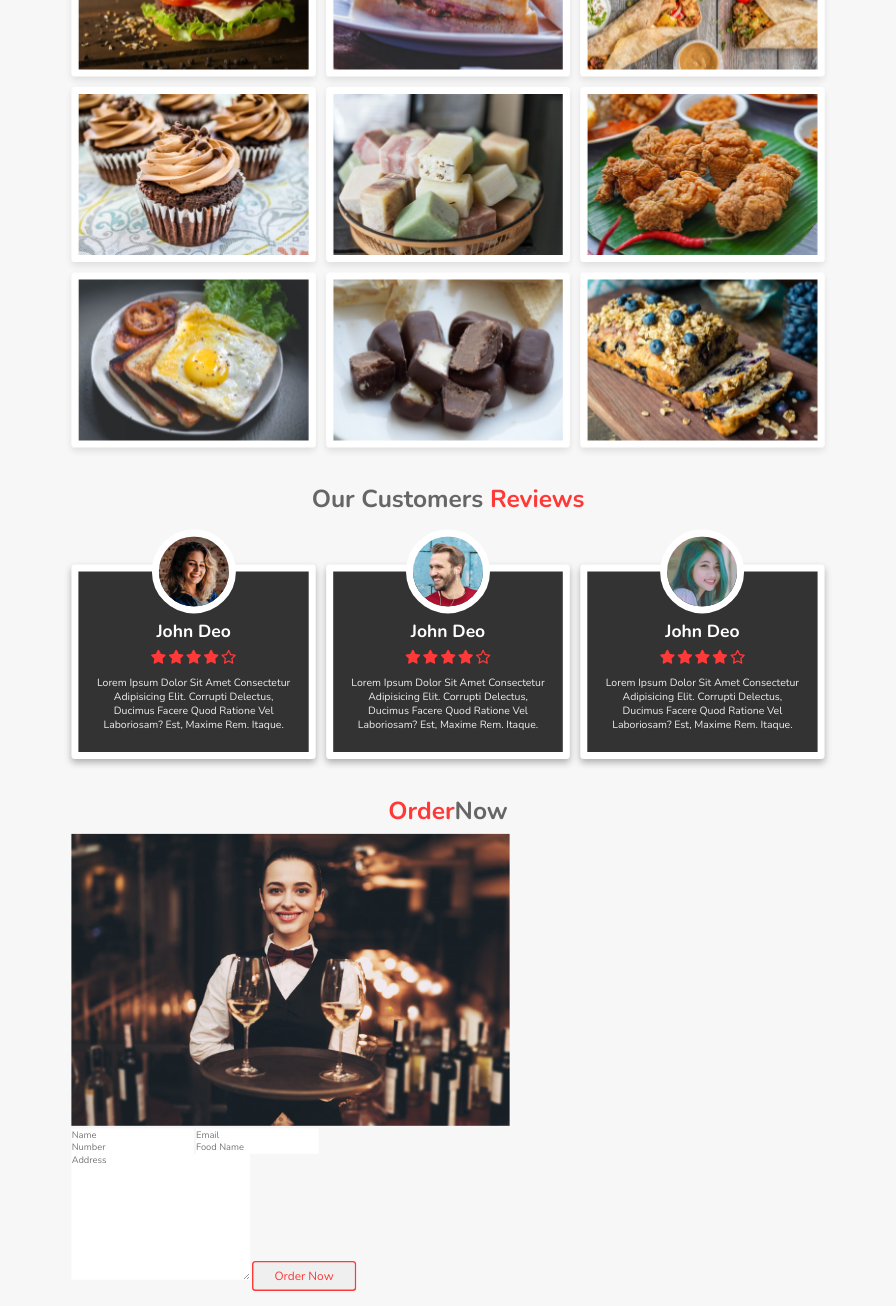
Repository: wenxi0504/ResturantApp-static-
Page: index.html
These files come from the project's save history. The page is drawn as it stood at one moment and after the next save; the edit follows.
The browser window is 1280 px wide. The pictures show the part of the page from y = 3005 to 4925 px (the page is 4870 px tall before and 4925 px after), at 70% of full size.

Above is the page before, as saved 2022-01-10 16:38:27.
Console error: TypeError: Cannot read properties of null (reading 'classList')

After the next save:
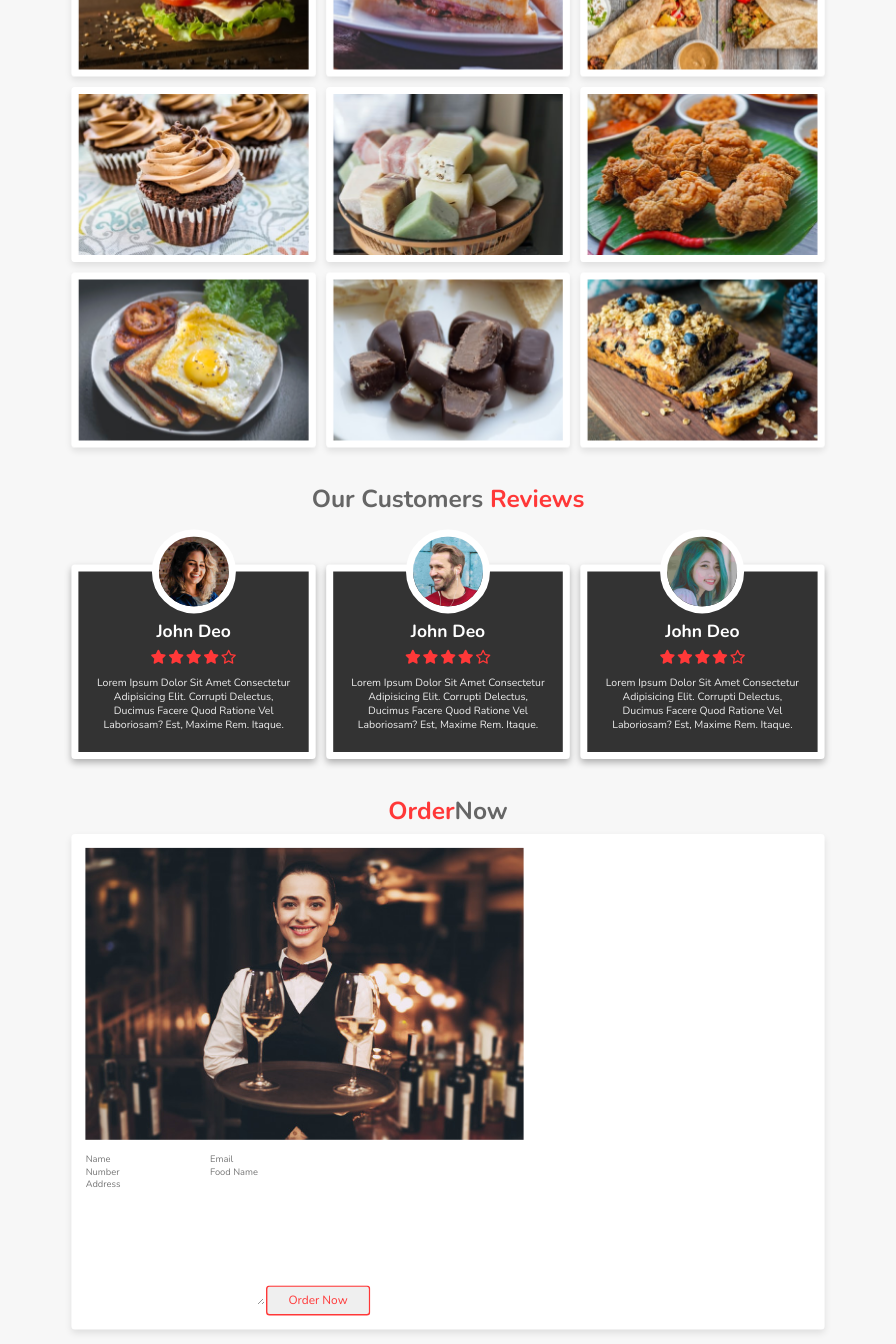
Saved 26 min 0 s later.
--- a/style.css
+++ b/style.css
@@ -404,7 +404,21 @@ color:#333;
   padding:1rem 0;
 }
 
-
+/* order section */
+
+.order .row{
+  padding:2rem;
+  box-shadow:0 .5rem 1rem rgba(0,0,0,.1);
+  background: #fff;
+  display:flex;
+  flex-wrap:wrap;
+  gap:1.5rem;
+  border-radius:.5rem;
+}
+
+.order .row .image{
+  flex:1 1 30rem;
+}
 
 /* media queries for different devices */
 
